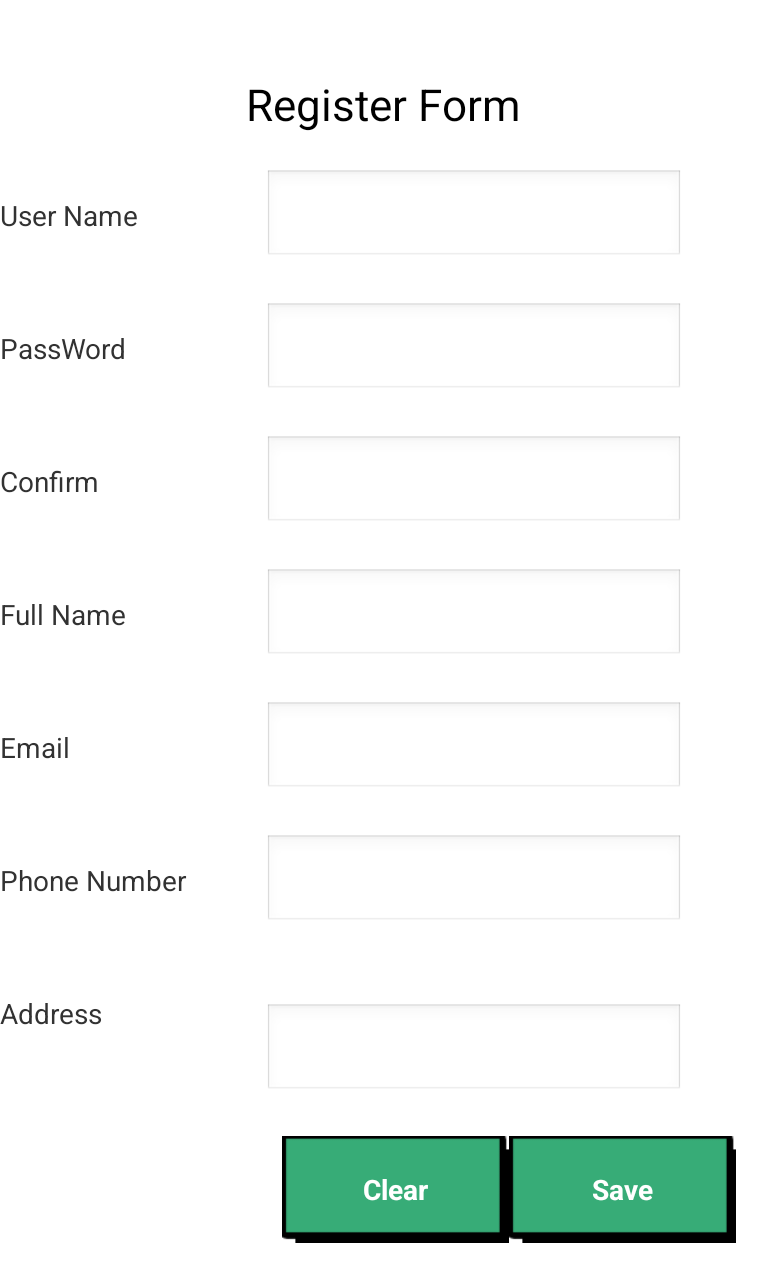
Repository: VanThi/Smart_Order
Layout: Project OS/Project_SO/res/layout/activity_register.xml
An editor plug-in stored every save of this project. The layout is shown before and after the next save, followed by the edit.
It is drawn on a 768 x 1280 px phone screen (xhdpi) without system bars, with theme android:Theme.Light.NoTitleBar.Fullscreen; the app's code is not run.

Above is the layout before, as saved 2013-11-09 11:43:44.

After the next save:
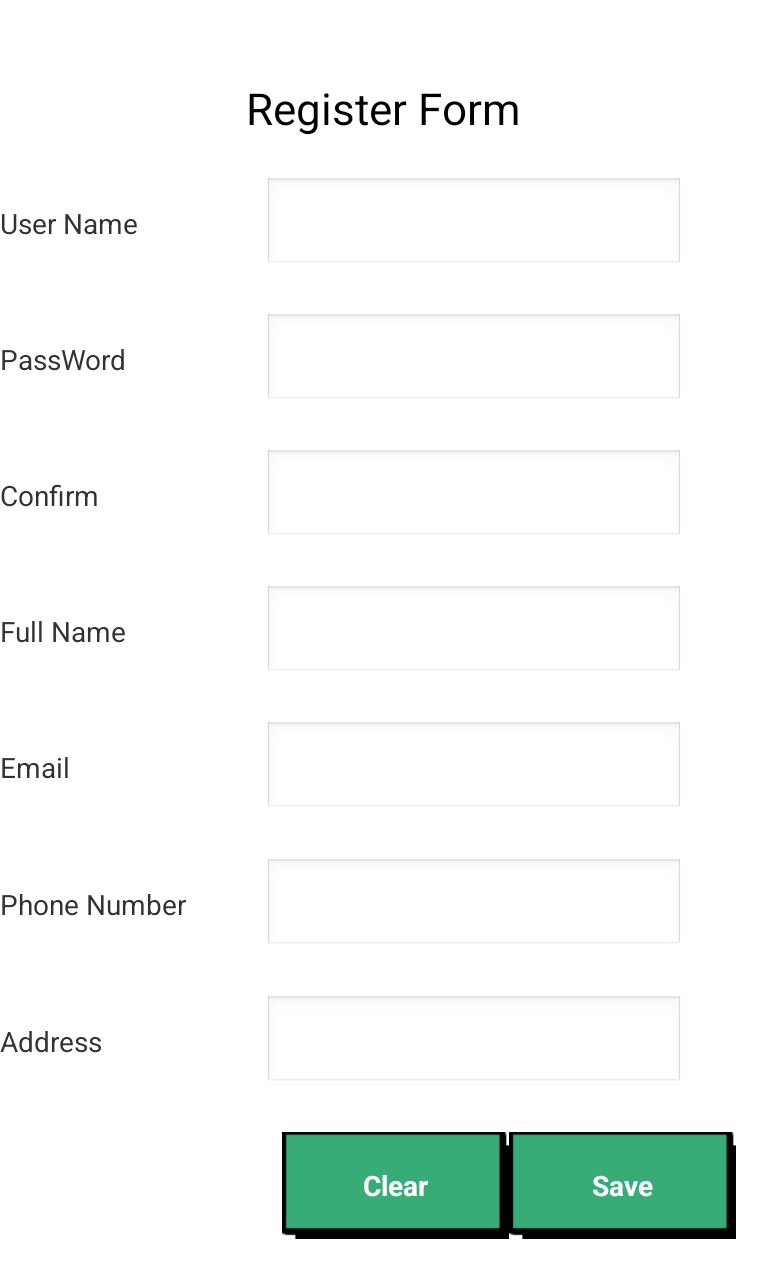
Saved 4 min 8 s later.
--- a/Project OS/Project_SO/res/layout/activity_register.xml
+++ b/Project OS/Project_SO/res/layout/activity_register.xml
@@ -160,7 +160,6 @@
             android:id="@+id/et_address"
             android:layout_width="wrap_content"
             android:layout_height="wrap_content"
-            android:layout_marginTop="18dp"
             android:ems="10"
             android:inputType="text" />
 
